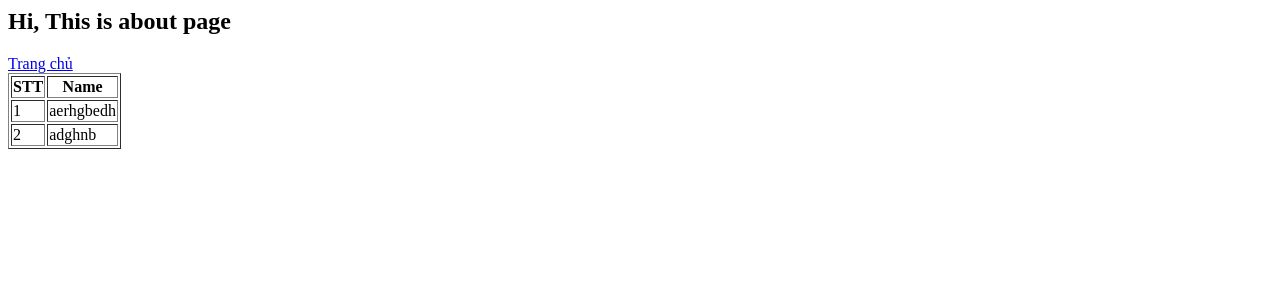
Repository: Tranghii/HTML-CSS
Page: HTML&CSS/about.html
These files come from the project's save history. The page is drawn as it stood at one moment and after the next save; the edit follows.
The browser window is 1280 px wide. The pictures show the whole page.

Above is the page before, as saved 2025-10-11 16:38:25.

### HTML&CSS/about.html
<h2>Hi, This is about page</h2>
<a href="index.html">Trang chủ</a>

<table border="1">
    <thead>
        <tr>
            <th>STT</th>
            <th>Name</th>
        </tr>
    </thead>
    <tbody>
        <tr>
            <td>1</td>
            <td>aerhgbedh</td>
        </tr>
        <tr>
            <td>2</td>
            <td>adghnb</td>
        </tr>
    </tbody>
</table>

After the next save:
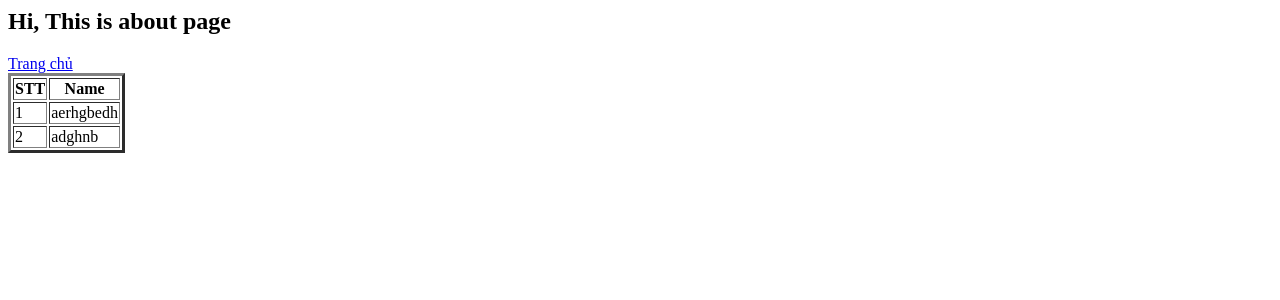
Saved 72 s later.
--- a/HTML&CSS/about.html
+++ b/HTML&CSS/about.html
@@ -1,7 +1,7 @@
 <h2>Hi, This is about page</h2>
 <a href="index.html">Trang chủ</a>
 
-<table border="1">
+<table border="3">
     <thead>
         <tr>
             <th>STT</th>

After the save that followed:
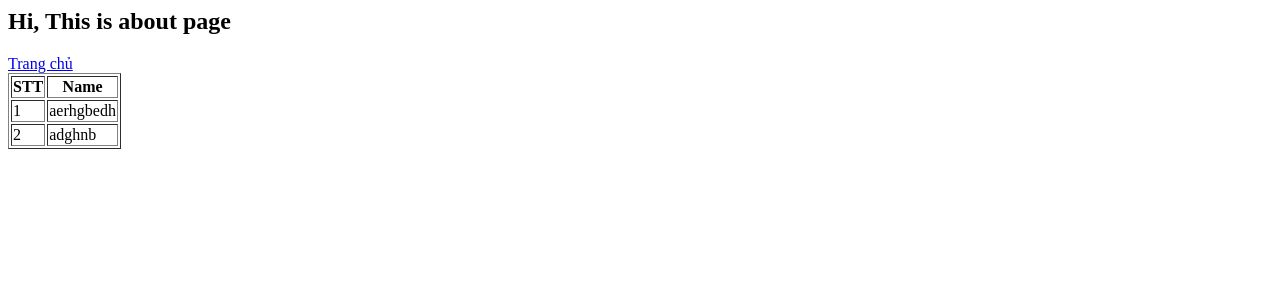
Saved 7 s later.
--- a/HTML&CSS/about.html
+++ b/HTML&CSS/about.html
@@ -1,7 +1,7 @@
 <h2>Hi, This is about page</h2>
 <a href="index.html">Trang chủ</a>
 
-<table border="3">
+<table border="1">
     <thead>
         <tr>
             <th>STT</th>
